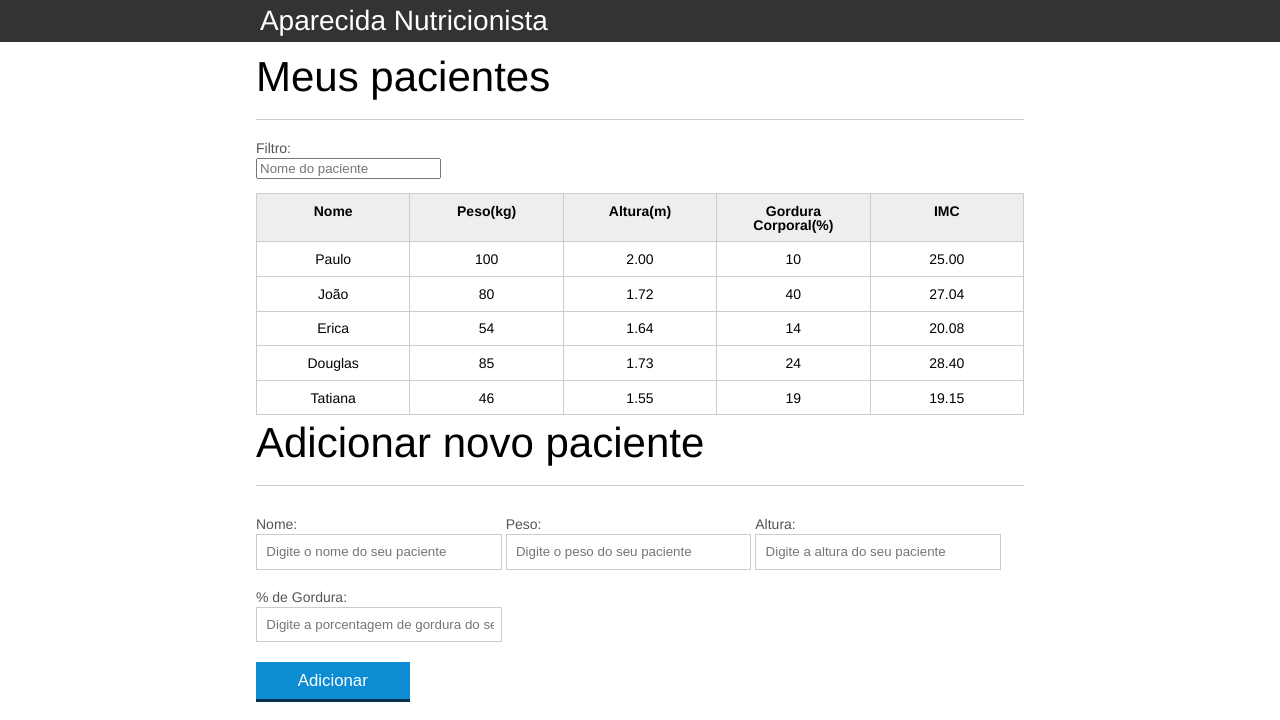
Repository: GabbLps/Controle-de-Clientes-Alura
Page: index.html
An editor plug-in stored every save of this project. The page is shown before and after the next save, followed by the edit.
The browser window is 1280 px wide. The pictures show the whole page.

Above is the page before, as saved 2022-05-15 18:45:10.

### index.html
<!DOCTYPE html>
<html lang="pt-br">
	<head>
		<meta charset="UTF-8">
		<title>Aparecida Nutrição</title>
		<link rel="icon" href="favicon.ico" type="image/x-icon">
		<link rel="stylesheet" type="text/css" href="css/reset.css">
		<link rel="stylesheet" type="text/css" href="css/index.css">

	</head>
	<body>

		<header>
			<div class="container">
				<h1 class="titulo">Aparecida Nutrição</h1>
			</div>
		</header>
		<main>
			<section class="container">
				<h2>Meus pacientes</h2>
				<label for="filtrar-tabela">Filtro:</label>
				<input type="text" name="filtro" id="filtrar-tabela" placeholder="Nome do paciente">
				<table>
					<thead>
						<tr>
							<th>Nome</th>
							<th>Peso(kg)</th>
							<th>Altura(m)</th>
							<th>Gordura Corporal(%)</th>
							<th>IMC</th>
						</tr>
					</thead>
					<tbody id="tabela-pacientes">
						<tr class="paciente" id="primeiro-paciente" >
							<td class="info-nome">Paulo</td>
							<td class="info-peso">100</td>
							<td class="info-altura">2.00</td>
							<td class="info-gordura">10</td>
							<td class="info-imc">0</td>
						</tr>

						<tr class="paciente" >
							<td class="info-nome">João</td>
							<td class="info-peso">80</td>
							<td class="info-altura">1.72</td>
							<td class="info-gordura">40</td>
							<td class="info-imc">0</td>
						</tr>

						<tr class="paciente" >
							<td class="info-nome">Erica</td>
							<td class="info-peso">54</td>
							<td class="info-altura">1.64</td>
							<td class="info-gordura">14</td>
							<td class="info-imc">0</td>
						</tr>

						<tr class="paciente">
							<td class="info-nome">Douglas</td>
							<td class="info-peso">85</td>
							<td class="info-altura">1.73</td>
							<td class="info-gordura">24</td>
							<td class="info-imc">0</td>
						</tr>
						<tr class="paciente" >
							<td class="info-nome">Tatiana</td>
							<td class="info-peso">46</td>
							<td class="info-altura">1.55</td>
							<td class="info-gordura">19</td>
							<td class="info-imc">0</td>
						</tr>
					</tbody>
				</table>

			</section>
		</main>

		<section class="container">
			<h2 id="titulo-form">Adicionar novo paciente</h2>
			<ul id="mensagens-erro">

			</ul>
			<form id="form-adiciona">
				<div class="grupo">
					<label for="nome">Nome:</label>
					<input id="nome" name="nome" type="text" placeholder="Digite o nome do seu paciente" class="campo">
				</div>
				<div class="grupo">
					<label for="peso">Peso:</label>
					<input id="peso" name="peso" type="text" placeholder="Digite o peso do seu paciente" class="campo campo-medio">
				</div>
				<div class="grupo">
					<label for="altura">Altura:</label>
					<input id="altura" name="altura" type="text" placeholder="Digite a altura do seu paciente" class="campo campo-medio">
				</div>
				<div class="grupo">
					<label for="gordura">% de Gordura:</label>
					<input id="gordura" type="text" placeholder="Digite a porcentagem de gordura do seu paciente" class="campo campo-medio">
				</div>

				<button id="adicionar-paciente" class="botao bto-principal">Adicionar</button>
			</form>
		</section>

		<script src="js/calcula-imc.js"></script>
		<script src="js/form.js"></script>
		<script src="js/remover-paciente.js"></script>
	</body>
</html>

### css/index.css
*{
	box-sizing: border-box;
 }

body{
	font-family: "Helvetica Neue", "Helvetica", Helvetica, Arial, sans-serif;
	font-size: 14px;
}

header{
	background-color: #333;
	height: 3em;
	color: #FFF;
	margin-bottom: 1em;
}

header h1{
	font-size: 2em;
	display:inline-block;
	vertical-align:	middle;
}
header h2{
	font-size: 2em;
	display:inline-block;
	vertical-align:	middle;
}

header .container:before{
	content: '';
	display:inline-block;
	height: 100%;
	vertical-align:	middle;
}

.container{
	width: 60%;
	height: 100%;
	margin: 0 auto;
}

section{
	margin: 2em 0;
	overflow: hidden;
}

section h2{
	font-size: 3em;
	display: block;
	padding-bottom: .5em;
	border-bottom: 1px solid #ccc;
	margin-bottom: .5em;
}

table{
	width: 100%;
	margin-bottom : .5em;
    table-layout: fixed;
	margin-top: 1em;
}

td, th {
	padding: .7em;
	margin: 0;
	border: 1px solid #ccc;
	text-align: center;
}

th{
	font-weight: bold;
	background-color: #EEE;
}

label{
	color: #555;
	display: block;
	margin-bottom: .2em;
}

.campo{
	margin: 0;
	padding-bottom: 1em;
	width: 100%;
	border: 1px solid #ccc;
	padding: .7em;
	width: 100%;
}

.campo-medio{
	display: inline-block;
	padding-right: .5em;
}

.grupo{
	width: 32%;
	display: inline-block;
	padding: 10px 0px;
}

button{
	padding: .5em 2em;
	border: 0;
	border-bottom: 3px solid;
	font-size: 1.2em;
	cursor: pointer;
	margin: 0;
	margin-top: -3px;
	color: #fff;
	background-color:#0c8cd3;
	border-color: #04324c;
	width: 20%;
    display: block;
    clear: both;
    margin: 10px 0px;

}

button:active{
	margin-top:0px;
	border: 0;
}

button[disabled=disabled], button:disabled {
    background-color: gray;
	border-color: darkgray;

}

.adicionar-paciente{
    margin-top: 30px;
}

.campo-invalido{
	border: 1px solid red;
}

.paciente-invalido {
	background-color: lightcoral;
}

#mensagens-erro{
	color:red;
}

.fadeOut {
	opacity: 0;
	transition: 0.5s;
}

### js/calcula-imc.js
var titulo = document.querySelector(".titulo");
titulo.textContent = "Aparecida Nutricionista";

var pacientes = document.querySelectorAll(".paciente");

for(var i = 0;i < pacientes.length; i++) {

    var paciente = pacientes[i];

    var tdPeso = paciente.querySelector(".info-peso");
    var peso = tdPeso.textContent;

    var tdAltura = paciente.querySelector(".info-altura");
    var altura = tdAltura.textContent;

    var tdImc = paciente.querySelector(".info-imc");

    var pesoEhValido = validaPeso(peso); //true or false
    var alturaEhValida = validaAltura(altura); //true or false

    if(!pesoEhValido) {
        console.log("Peso inválido!")
        pesoEhValido = false;
        tdImc.textContent = "Peso inválido!"
        paciente.classList.add("paciente-invalido");
    }

    if(!alturaEhValida) {
        console.log("Altura inválida!")
        pesoEhValido = false;
        tdImc.textContent = "Altura inválida!";
        paciente.classList.add("paciente-invalido");
    }

    if(pesoEhValido && alturaEhValida) {
        var imc = calculaImc(peso,altura);
        tdImc.textContent = imc;
    }
}

function validaPeso(peso) {
    if(peso >= 0 && peso < 1000) {
        return true;
    }else{
        return false;
    }
}

function validaAltura(altura) {
    if(altura >= 0 && altura <= 3.0) {
        return true;
    } else {
        return false;
    }
}

function calculaImc(peso,altura) {
    var imc = 0;

    imc = peso / (altura*altura);

    return imc.toFixed(2);
}

### js/form.js
var botaoAdicionar = document.querySelector("#adicionar-paciente");
botaoAdicionar.addEventListener("click", function(event) {
    event.preventDefault();

    var form = document.querySelector("#form-adiciona");
    var paciente = obtemPacienteDoFormulario(form);

    var pacienteTr = montaTr(paciente);

    var erros = validaPaciente(paciente);
    console.log(erros);

    if(erros.length > 0){
        exibeMensagensDeErro(erros);
        return;
    }

    //  Adicionando paciente na tabela
    var tabela = document.querySelector("#tabela-pacientes");

    tabela.appendChild(pacienteTr);
    form.reset();

    // Apagar conteudo de dentro da UL que contem os erros
    var mensagensErro = document.querySelector("#mensagens-erro");
    mensagensErro.innerHTML = "";
});

    function exibeMensagensDeErro(erros) {
        var ul = document.querySelector("#mensagens-erro");
        ul.innerHTML = "";
        erros.forEach(function(erro){
            var li = document.createElement("li");
            li.textContent = erro;
            ul.appendChild(li);
        });
    }

function obtemPacienteDoFormulario(form) {

    var paciente = {
        nome: form.nome.value,
        peso: form.peso.value,
        altura: form.altura.value,
        gordura: form.gordura.value,
        imc: calculaImc(form.peso.value, form.altura.value)
    }
    return paciente;
}

function montaTr(paciente){
    var pacienteTr = document.createElement("tr");  // Cria uma tr
    pacienteTr.classList.add("paciente");

    pacienteTr.appendChild(montaTd(paciente.nome, "info-nome"));   // Adiciona nomeTd dentro da Tr
    pacienteTr.appendChild(montaTd(paciente.peso, "info-peso"));
    pacienteTr.appendChild(montaTd(paciente.altura, "info-altura"));
    pacienteTr.appendChild(montaTd(paciente.gordura, "info-gordura"));
    pacienteTr.appendChild(montaTd(paciente.imc, "info-imc"));

    return pacienteTr;
}

function montaTd(dado,classe) {
    var td = document.createElement("td");  // Cria uma  td
    td.textContent = dado;   //  Adiciona um valor para essa td
    td.classList.add(classe); // Adiciona a classe no Td
    return td;
}

function validaPaciente(paciente) {

    var erros = [];

    if(paciente.nome.length == 0) {
        erros.push("O nome não pode ser em branco.");
    }

    if(!validaPeso(paciente.peso)){
        erros.push("Peso inválido!");
    }

    if(!validaAltura(paciente.altura)){
        erros.push("Altura inválida!");
    }

    if(paciente.gordura.length == 0) {
        erros.push("A gordura não pode ser em branco.");
    }

    if(paciente.peso.length == 0) {
        erros.push("O peso não pode ser em branco.");
    }

    if(paciente.altura.length == 0) {
        erros.push("A altura não pode ser em branco.");
    }
    return erros;
}

### js/remover-paciente.js
var pacientes = document.querySelectorAll(".paciente");

var tabela = document.querySelector("#tabela-pacientes");

tabela.addEventListener("dblclick", function(e){
    e.target.parentNode.classList.add("fadeOut");

    setTimeout(function(){
        e.target.parentNode.remove();
    }, 500);

      // e. target = o filho que é clicado
});  // parentNode é o pai dele.     e.target = alvoDoEvento e o parentNode = o pai dele.

/*
pacientes.forEach(function(paciente){
    paciente.addEventListener("dblclick", function(){
        console.log("Fui clicado com um duplo clique!");
        this.remove();  // this = quem for clicado ou recebe a ação/evento.
    });
});
*/

Loaded but not shown: css/reset.css (common file)

After the next save:
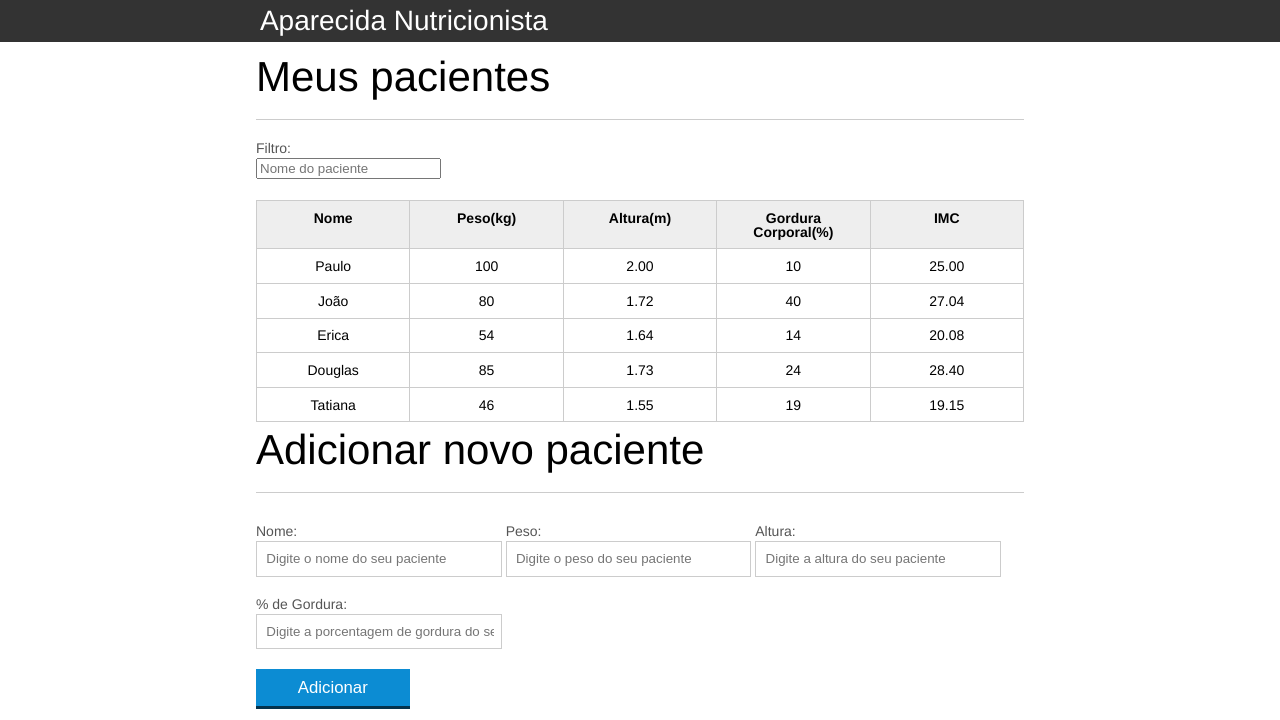
Saved 4 s later.
--- a/css/index.css
+++ b/css/index.css
@@ -55,7 +55,7 @@ table{
 	width: 100%;
 	margin-bottom : .5em;
     table-layout: fixed;
-	margin-top: 1em;
+	margin-top: 1.5em;
 }
 
 td, th {
